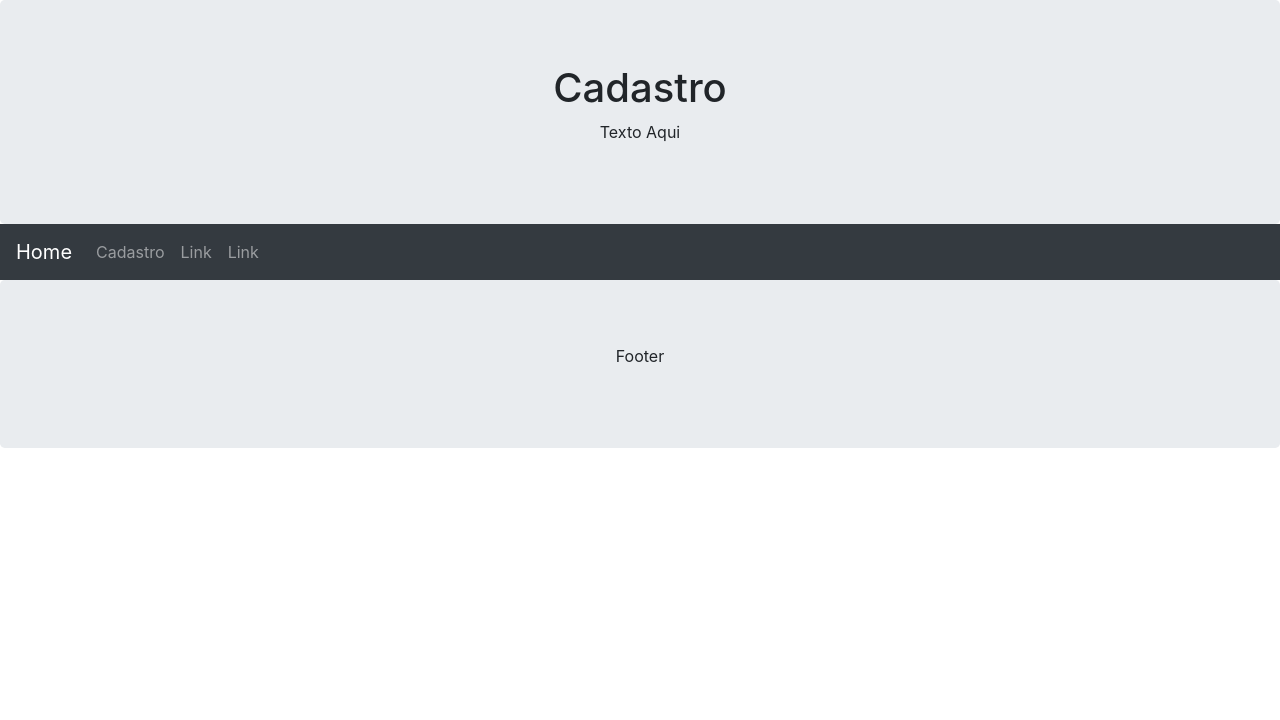
Repository: LucasLopesAguiar/JavaWeb-1
Page: sistemaweb/WebContent/cadastro.html
An editor plug-in stored every save of this project. The page is shown before and after the next save, followed by the edit.
The browser window is 1280 px wide. The pictures show the whole page.

Above is the page before, as saved 2019-05-10 00:55:33.

After the next save:
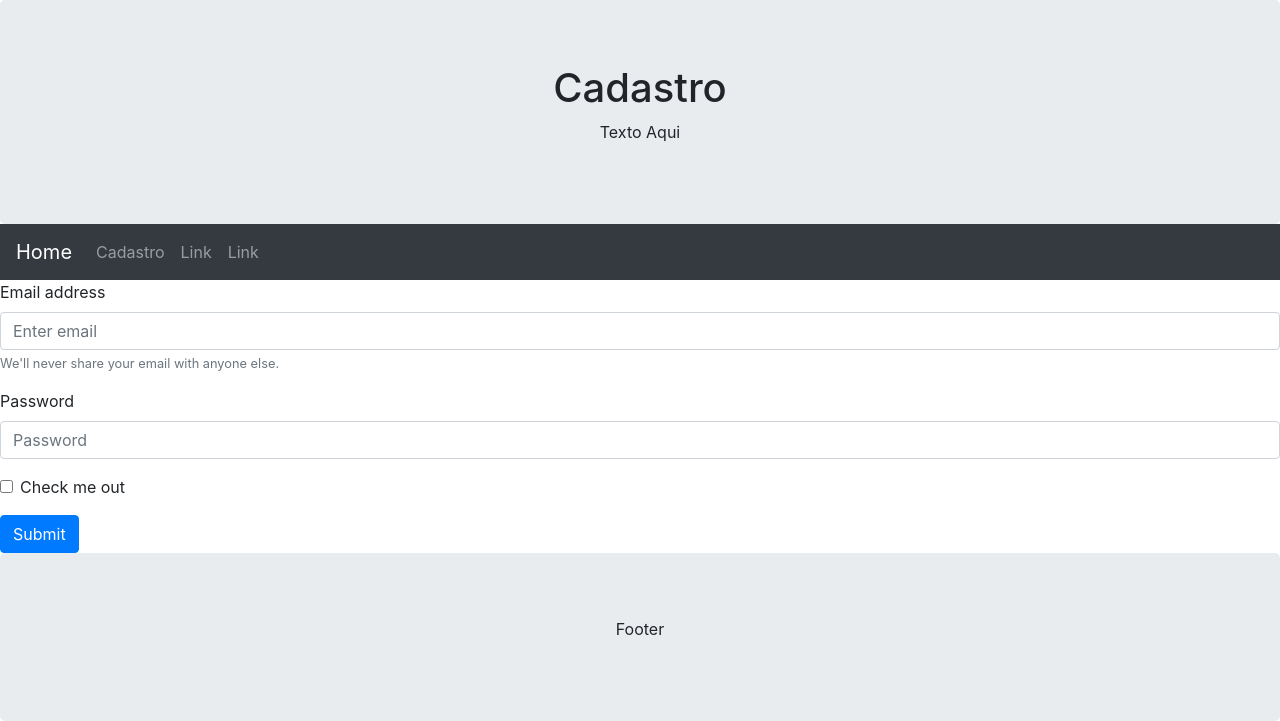
Saved 32 s later.
--- a/sistemaweb/WebContent/cadastro.html
+++ b/sistemaweb/WebContent/cadastro.html
@@ -42,7 +42,22 @@
   </div>
 </nav>
 
-
+<form>
+  <div class="form-group">
+    <label for="exampleInputEmail1">Email address</label>
+    <input type="email" class="form-control" id="exampleInputEmail1" aria-describedby="emailHelp" placeholder="Enter email">
+    <small id="emailHelp" class="form-text text-muted">We'll never share your email with anyone else.</small>
+  </div>
+  <div class="form-group">
+    <label for="exampleInputPassword1">Password</label>
+    <input type="password" class="form-control" id="exampleInputPassword1" placeholder="Password">
+  </div>
+  <div class="form-group form-check">
+    <input type="checkbox" class="form-check-input" id="exampleCheck1">
+    <label class="form-check-label" for="exampleCheck1">Check me out</label>
+  </div>
+  <button type="submit" class="btn btn-primary">Submit</button>
+</form>
 
 <div class="jumbotron text-center" style="margin-bottom:0">
   <p>Footer</p>
